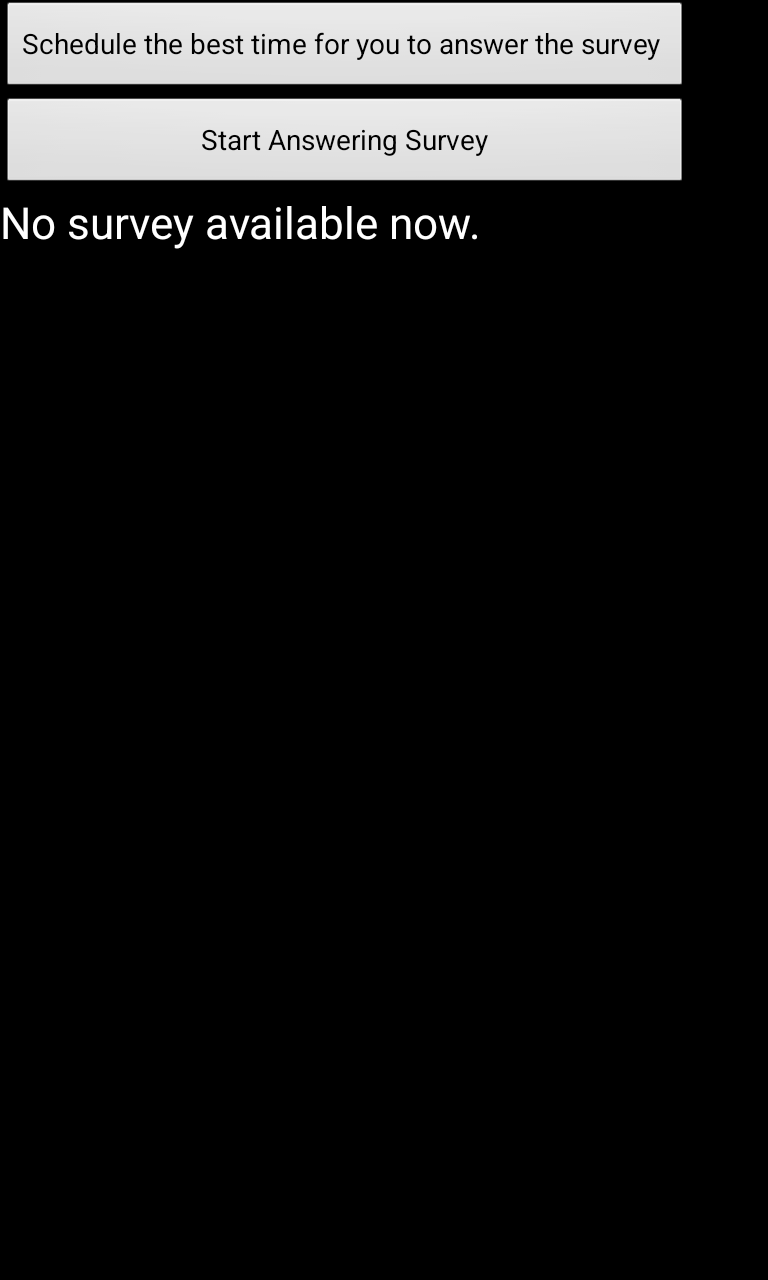
Repository: shaunkitch/android-survey
Layout: Android/Survey/res/layout/main.xml
An editor plug-in stored every save of this project. The layout is shown before and after the next save, followed by the edit.
It is drawn on a 768 x 1280 px phone screen (xhdpi) without system bars, with theme android:Theme; the app's code is not run.

Above is the layout before, as saved 2012-05-09 16:04:52.

After the next save:
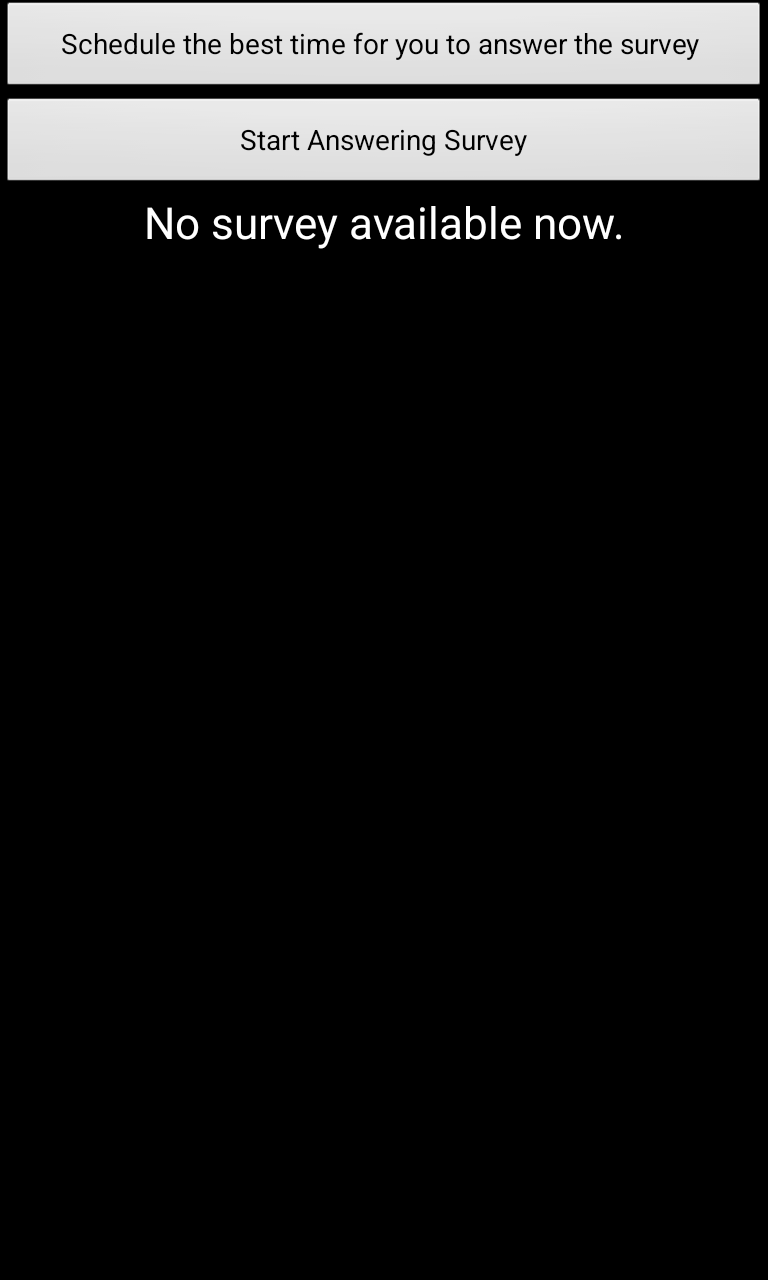
Saved 75 s later.
--- a/Android/Survey/res/layout/main.xml
+++ b/Android/Survey/res/layout/main.xml
@@ -8,11 +8,18 @@
         android:layout_width="wrap_content"
         android:layout_height="wrap_content" >
 
+
+
+
+
+
         <Button
             android:id="@+id/Schedule"
-            android:layout_width="wrap_content"
+            android:layout_width="0dp"
             android:layout_height="wrap_content"
-            android:text="@string/Schedule" android:onClick="ScheduleOnClick"/>
+            android:layout_weight="1"
+            android:onClick="ScheduleOnClick"
+            android:text="@string/Schedule" />
 
     </TableRow>
 
@@ -21,11 +28,16 @@
         android:layout_width="wrap_content"
         android:layout_height="wrap_content" >
 
+
+
         <Button
             android:id="@+id/StartDoingSurvey"
-            android:layout_width="wrap_content"
+            android:layout_width="0dp"
             android:layout_height="wrap_content"
-            android:text="@string/StartAnswerSurvey" android:onClick="StartOnClick"/>
+            android:layout_gravity="center"
+            android:layout_weight="1"
+            android:onClick="StartOnClick"
+            android:text="@string/StartAnswerSurvey" />
 
     </TableRow>
 
@@ -34,13 +46,24 @@
         android:layout_width="wrap_content"
         android:layout_height="wrap_content" >
 
+
+
+
         <TextView
             android:id="@+id/NoSurvey"
-            android:layout_width="wrap_content"
+            android:layout_width="0dp"
             android:layout_height="wrap_content"
+            android:layout_weight="1"
+            android:gravity="center"
             android:text="@string/NoSurvey"
             android:textAppearance="?android:attr/textAppearanceLarge" />
 
     </TableRow>
 
+    <TableRow
+        android:id="@+id/tableRow4"
+        android:layout_width="wrap_content"
+        android:layout_height="wrap_content" >
+    </TableRow>
+
 </TableLayout>
